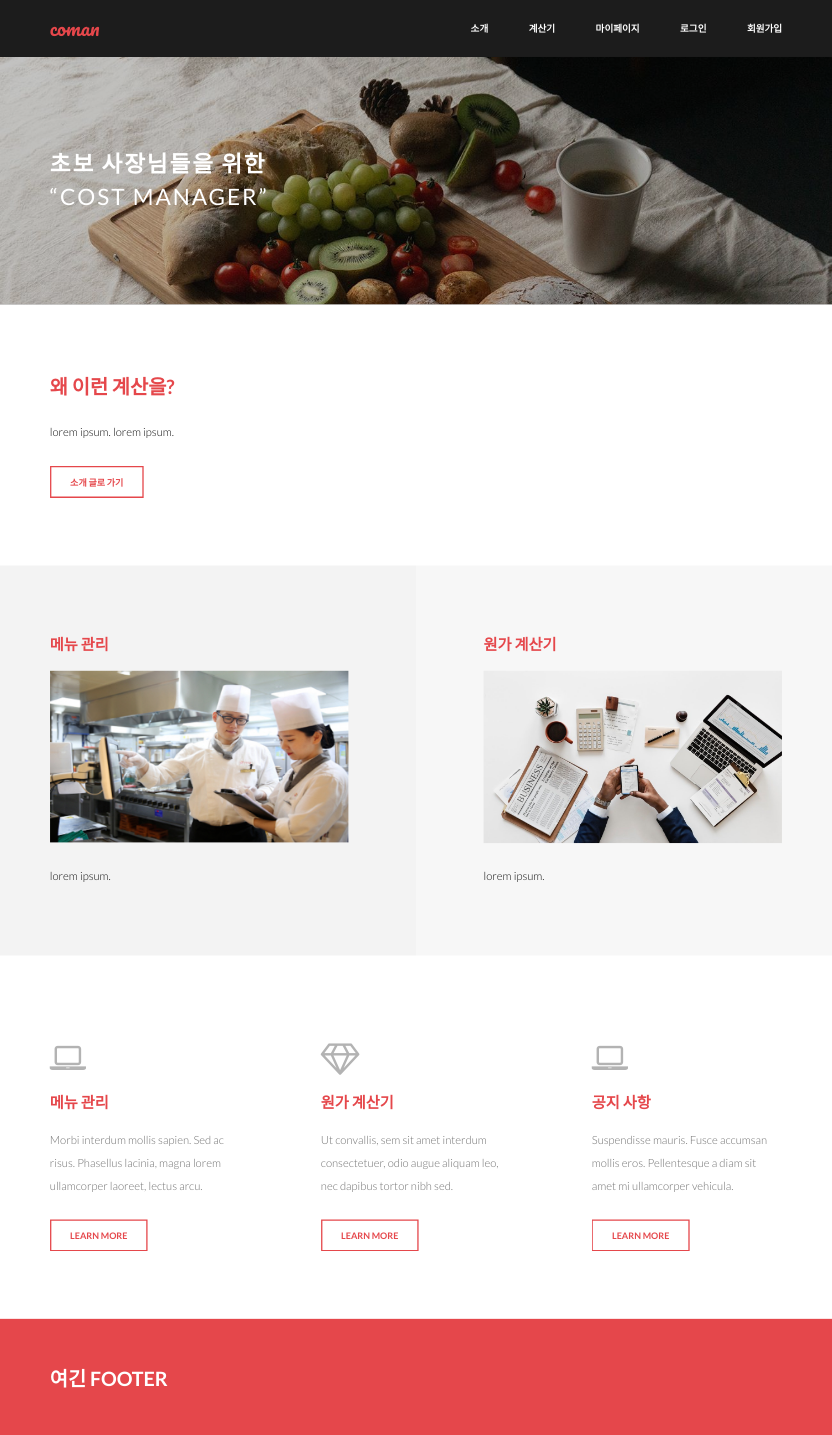
Repository: sseongsu/web1
Page: http://localhost/Project/
The author's editor kept a copy of each file at every save. The page is drawn from the files as they stood at one save, then again after the next save.
The browser window is 1280 px wide. The pictures show the whole page, at 65% of full size.
The page is served by Tomcat 9. Other server files are loaded and not shown.

Above is the page before, as saved 2021-03-12 05:43:38.

### Project/src/main/webapp/index.jsp
<%@ page language="java" contentType="text/html; charset=UTF-8"
    pageEncoding="UTF-8"%>
<!DOCTYPE html>
<html>
	<head>
		<title>index</title>
		<meta charset="utf-8" />
		<meta name="viewport" content="width=device-width, initial-scale=1, user-scalable=no" />
		<link rel="stylesheet" href="assets/css/main.css" />
	</head>
	<body>

		<!-- Header -->
			<header id="header">
				<div class="inner">
					<a href="index.jsp" class="logo">coman</a>
					<nav id="nav">
						<a href="index.html">소개</a>
						<a href="generic.html">계산기</a>
						<a href="generic.html">마이페이지</a>
						<a href="./login.spring">로그인</a>
						<a href="./join.spring">회원가입</a>
					</nav>
				</div>
			</header>
			<a href="#menu" class="navPanelToggle"><span class="fa fa-bars"></span></a>

		<!-- Banner -->
			<section id="banner">
				<div class="inner">
					<h1> 초보 사장님들을 위한<span><br />
					“Cost Manager”</span></h1>
					<ul class="actions">
						<!-- <li><a href="#" class="button alt">소개 글로</a></li> -->
					</ul>
				</div>
			</section>

		<!-- One -->
		<section id="one">
				<div class="inner">
					<header>
						<h2>왜 이런 계산을?</h2>
					</header>
					<p>lorem ipsum. lorem ipsum. </p>
					<ul class="actions">
						<li><a href="#" class="button alt">소개 글로 가기</a></li>
					</ul>
				</div>
			</section>

		<!-- Two -->
			<section id="two">
				<div class="inner">
					<article>
						<div class="content">
							<header>
								<h3>메뉴 관리</h3>
							</header>
							<div class="image fit">
								<img src="./images/pica01.png" alt="" />
							</div>
							<p>lorem ipsum.</p>
						</div>
					</article>
					<article class="alt">
						<div class="content">
							<header>
								<h3> 원가 계산기</h3>
							</header>
							<div class="image fit">
								<img src="./images/pic02.jpg" alt="" />
							</div>
							<p>lorem ipsum.</p>
						</div>
					</article>
				</div>
			</section>
		<!-- Three -->
			<section id="three">
				<div class="inner">
					<article>
						<div class="content">
							<span class="icon fa-laptop"></span>
							<header>
								<h3>메뉴 관리</h3>
							</header>
							<p>Morbi interdum mollis sapien. Sed ac risus. Phasellus lacinia, magna lorem ullamcorper laoreet, lectus arcu.</p>
							<ul class="actions">
								<li><a href="#" class="button alt">Learn More</a></li>
							</ul>
						</div>
					</article>
					<article>
						<div class="content">
							<span class="icon fa-diamond"></span>
							<header>
								<h3>원가 계산기</h3>
							</header>
							<p>Ut convallis, sem sit amet interdum consectetuer, odio augue aliquam leo, nec dapibus tortor nibh sed.</p>
							<ul class="actions">
								<li><a href="#" class="button alt">Learn More</a></li>
							</ul>
						</div>
					</article>
					<article>
					<div class="content">
							<span class="icon fa-laptop"></span>
							<header>
								<h3>공지 사항</h3>
							</header>
							<p>Suspendisse mauris. Fusce accumsan mollis eros. Pellentesque a diam sit amet mi ullamcorper vehicula.</p>
							<ul class="actions">
								<li><a href="#" class="button alt">Learn More</a></li>
							</ul>
						</div>
					</article>
				</div>
			</section>

		<!-- Footer -->
			<section id="footer">
				<div class="inner">
					<header>
						<h2>여긴 footer</h2>
					</header>
					<!-- <form method="post" action="#">
						<div class="field half first">
							<label for="name">Name</label>
							<input type="text" name="name" id="name" />
						</div>
						<div class="field half">
							<label for="email">Email</label>
							<input type="text" name="email" id="email" />
						</div>
						<div class="field">
							<label for="message">Message</label>
							<textarea name="message" id="message" rows="6"></textarea>
						</div>
						<ul class="actions">
							<li><input type="submit" value="Send Message" class="alt" /></li>
						</ul>
					</form>
					<div class="copyright">
						&copy; Untitled Design: <a href="https://templated.co/">TEMPLATED</a>. Images <a href="https://unsplash.com/">Unsplash</a>
					</div> -->
				</div>
			</section>

		<!-- Scripts -->
			<script src="assets/js/jquery.min.js"></script>
			<script src="assets/js/skel.min.js"></script>
			<script src="assets/js/util.js"></script>
			<script src="assets/js/main.js"></script>

	</body>
</html>

Loaded but not shown: Project/src/main/webapp/assets/js/jquery.min.js (library); Project/src/main/webapp/assets/js/skel.min.js (library); Project/src/main/webapp/assets/css/font-awesome.min.css (library); Project/src/main/webapp/assets/js/util.js (587 lines, source omitted); Project/src/main/webapp/assets/js/main.js (72 lines, source omitted); Project/src/main/webapp/assets/css/main.css (3958 lines, source omitted)

After the next save:
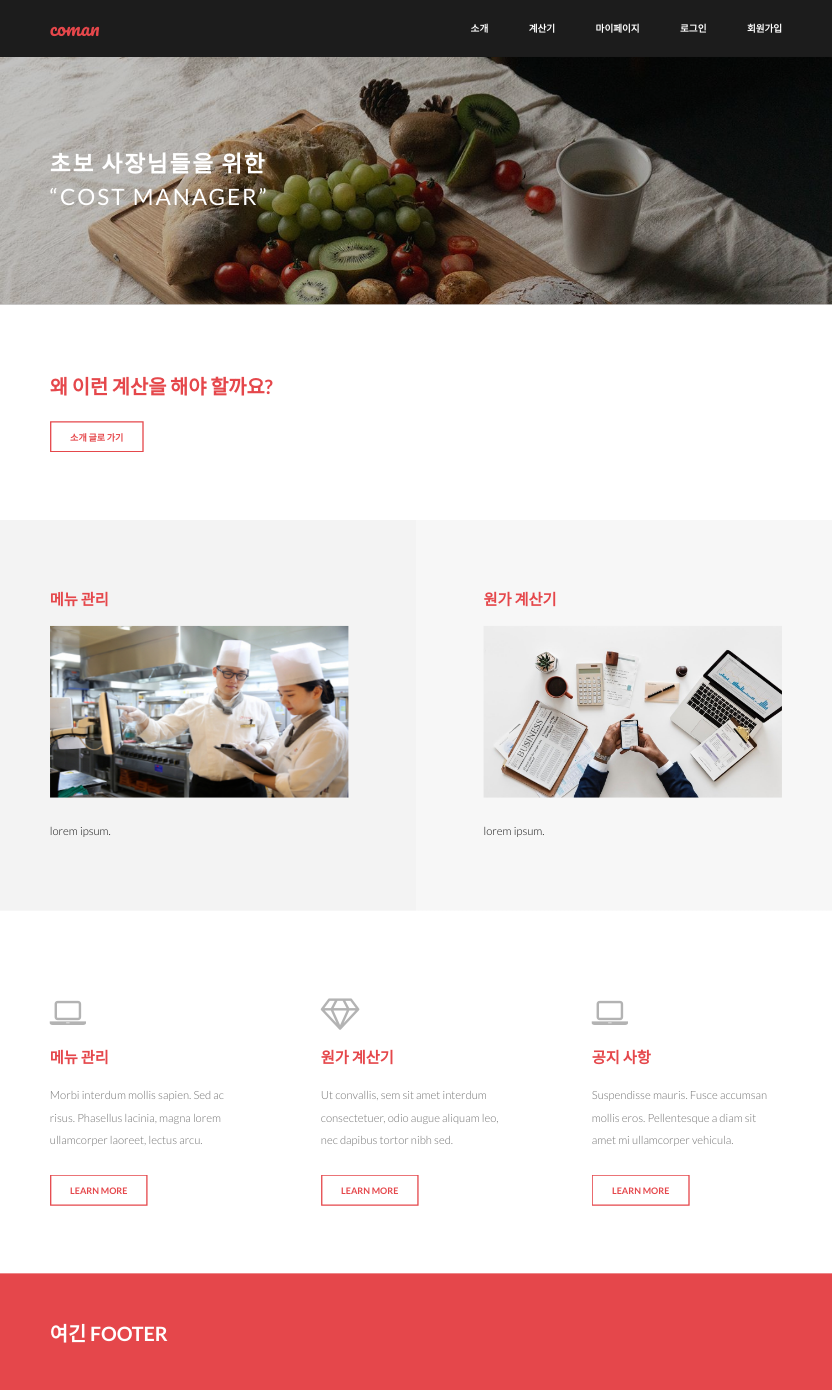
Saved 14 s later.
--- a/Project/src/main/webapp/index.jsp
+++ b/Project/src/main/webapp/index.jsp
@@ -40,9 +40,8 @@
 		<section id="one">
 				<div class="inner">
 					<header>
-						<h2>왜 이런 계산을?</h2>
+						<h2>왜 이런 계산을 해야 할까요?</h2>
 					</header>
-					<p>lorem ipsum. lorem ipsum. </p>
 					<ul class="actions">
 						<li><a href="#" class="button alt">소개 글로 가기</a></li>
 					</ul>
